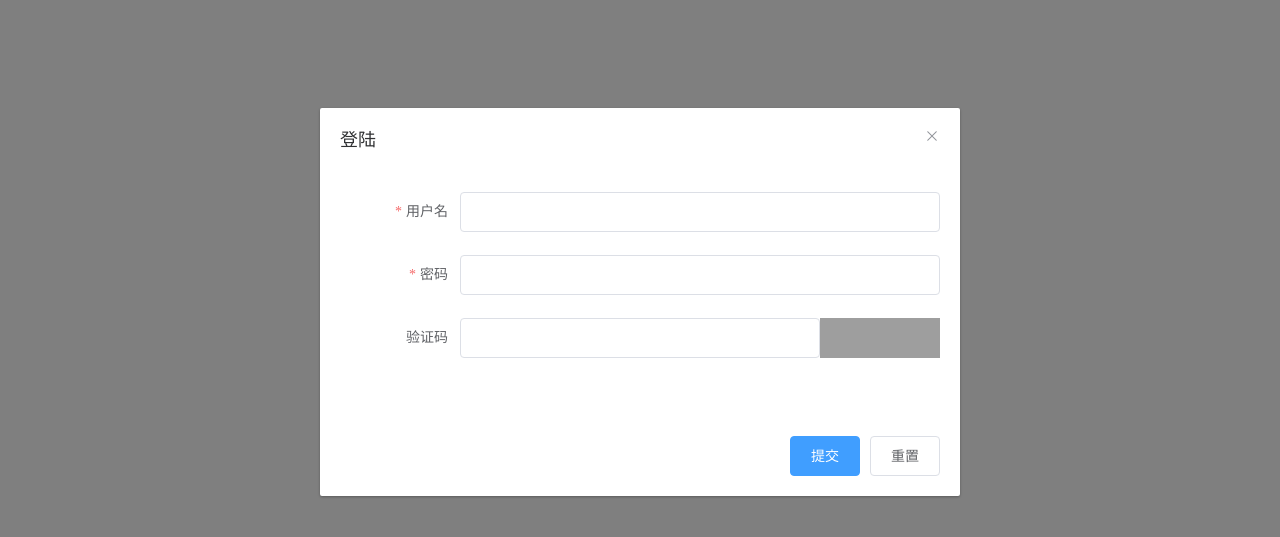
Repository: sunbaobao/vue-front
Page: /
These files come from the project's save history. The page is drawn as it stood at one moment and after the next save; the edit follows.
The browser window is 1280 px wide. The pictures show the whole page.
Pictures or frames that could not be fetched are drawn as grey boxes. The project was rebuilt for these pictures with package versions that can differ from the ones it lists, and the page was loaded fresh each time. Also part of the build but not shown: vue.config.js, src/components/Nav.vue, src/components/router1.vue, src/components/router2.vue, src/components/store.vue, src/components/ContentMain.vue, src/common/dateFtt.ts, src/components/user.vue.

Above is the page before, as saved 2020-04-25 10:26:43.

After the next save:
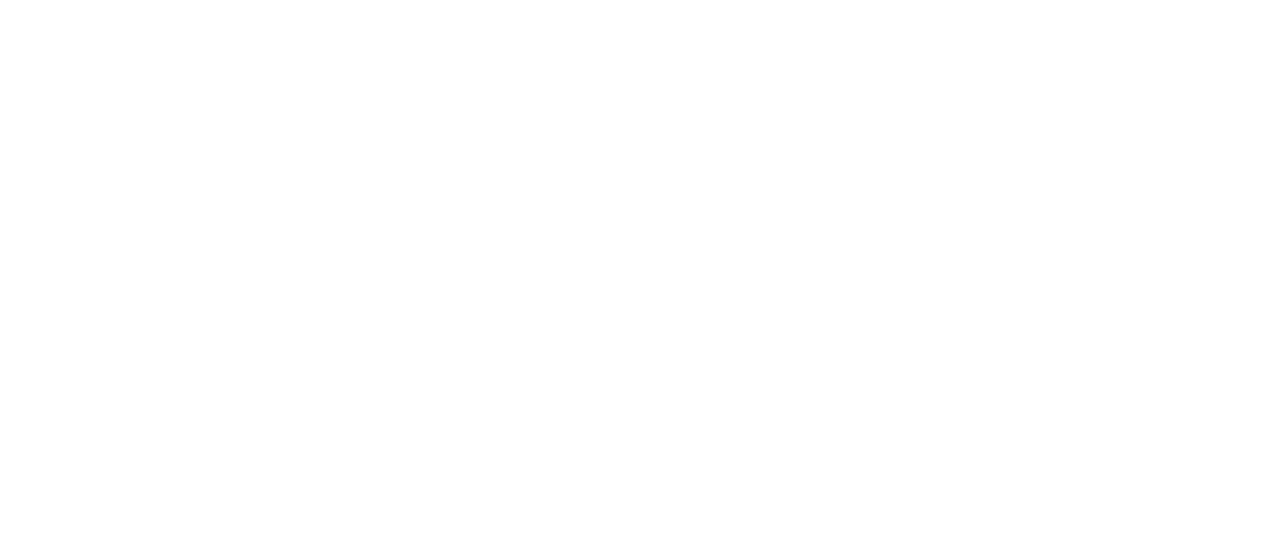
Saved 7 min 7 s later.
--- a/src/App.vue
+++ b/src/App.vue
@@ -1,19 +1,8 @@
 <template>
   <div id="app">
-    <el-container style="height:100vh">
 
-      <el-container>
+              <router-view />
 
-        <el-main style="padding: 0;">
-          <el-scrollbar>
-            <el-main>
-              <router-view />
-            </el-main>
-          </el-scrollbar>
-        </el-main>
-      </el-container>
-      <login-dialog></login-dialog>
-    </el-container>
   </div>
 </template>
 

After the save that followed:
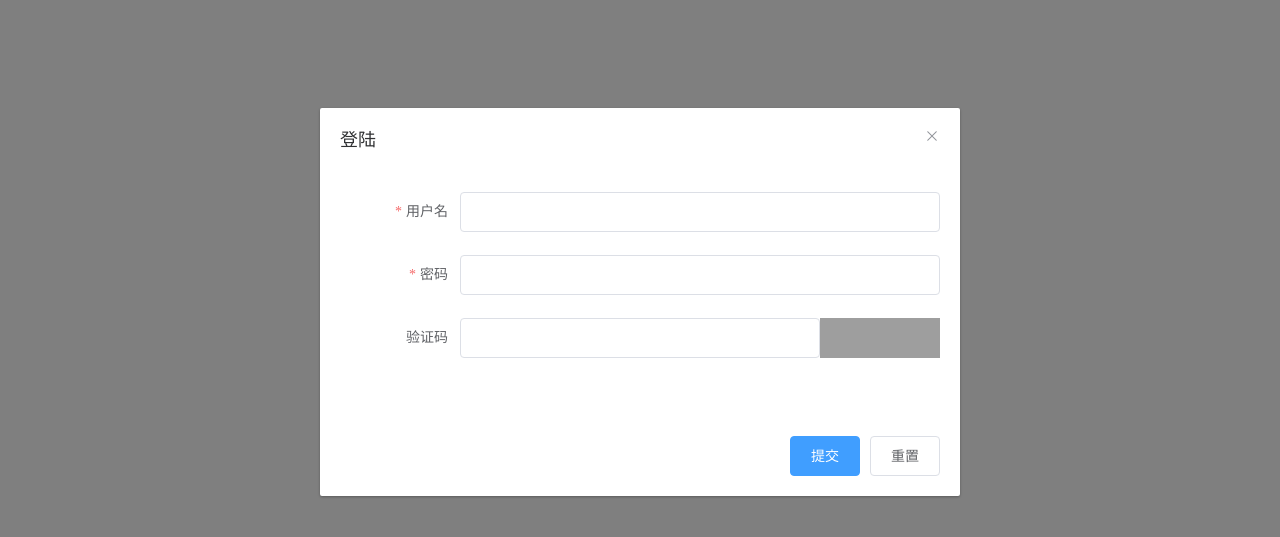
Saved 3 min 59 s later.
--- a/src/App.vue
+++ b/src/App.vue
@@ -1,8 +1,19 @@
 <template>
   <div id="app">
+    <el-container style="height:100vh">
 
+      <el-container>
+
+        <el-main style="padding: 0;">
+          <el-scrollbar>
+            <el-main>
               <router-view />
-
+            </el-main>
+          </el-scrollbar>
+        </el-main>
+      </el-container>
+      <login-dialog></login-dialog>
+    </el-container>
   </div>
 </template>
 
